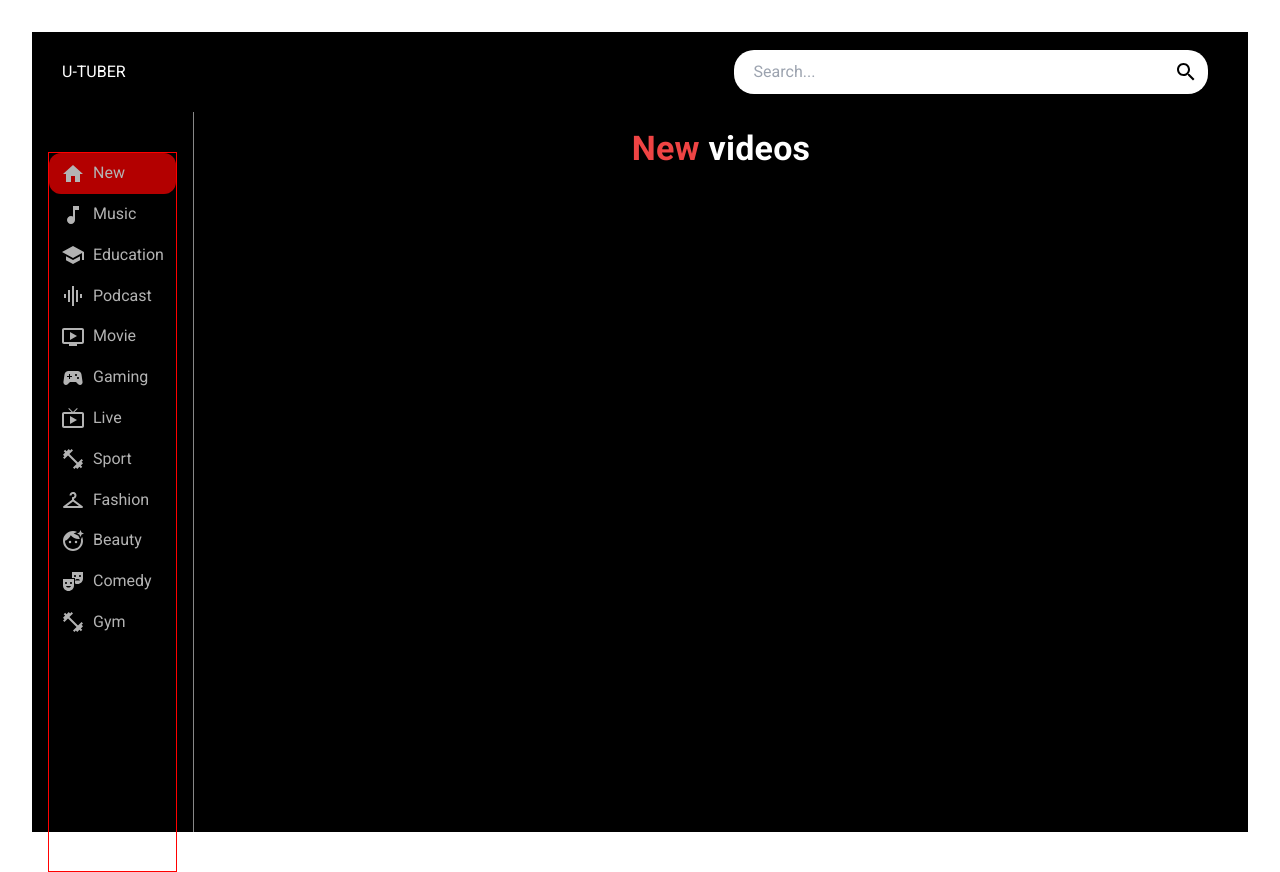
Repository: Nurlan-Bakenbaev/YoutubeClone
Page: /
These files come from the project's save history. The page is drawn as it stood at one moment and after a run of saves; the edit follows.
The browser window is 1280 px wide. The pictures show the whole page.
The page's requests for data from a server got no answer. The project was rebuilt for these pictures with package versions that can differ from the ones it lists, and the page was loaded fresh each time. No one was signed in, and anything a server would have sent is missing. Also part of the build but not shown: vite.config.js, src/components/VideoCard.jsx, src/components/ChannelCard.jsx, src/components/VideoDetails.jsx, src/components/SearchFeed.jsx, src/components/ChannelDetails.jsx.

Above is the page before, as saved 2023-09-08 15:46:32.

### index.html
<!DOCTYPE html>
<html lang="en">
  <head>
    <link
      rel="stylesheet"
      href="https://fonts.googleapis.com/icon?family=Material+Icons"
    />
    <link rel="preconnect" href="https://fonts.googleapis.com" />
    <link rel="preconnect" href="https://fonts.gstatic.com" crossorigin />
    <link
      rel="stylesheet"
      href="https://fonts.googleapis.com/css2?family=Roboto:wght@300;400;500;600;700&display=swap"
    />

    <meta charset="UTF-8" />
    <link rel="icon" type="image/svg+xml" href="/vite.svg" />
    <meta name="viewport" content="width=device-width, initial-scale=1.0" />
    <title>Youtube Clone</title>
  </head>
  <body>
    <div id="root"></div>
    <script type="module" src="/src/main.jsx"></script>
  </body>
</html>

### src/App.jsx
import "./App.css";
import { BrowserRouter, Routes, Route } from "react-router-dom";
import { Box } from "@mui/material";
import Navbar from './components/Navbar'
import Feed from './components/Feed'
import VideoDetails from './components/VideoDetails'
import SearchFeed from './components/SearchFeed'
import ChannelDetails from './components/ChannelDetails'


const App = () => (
  <BrowserRouter>
    <Box sx={{ backgroundColor: "#000" }}>
      <Navbar/>
      <Routes>
        <Route path="/" element={<Feed />} />
        <Route path="/video/:id" element={<VideoDetails />} />
        <Route path="/channel/:id" element={<ChannelDetails />} />
        <Route path="/search/:searchTerm" element={<SearchFeed />} />
      </Routes>
    </Box>
  </BrowserRouter>
);

export default App;

### src/index.css
@import "tailwindcss/base";
@import "tailwindcss/components";
@import "tailwindcss/utilities";


body {
  font-family: "Roboto", sans-serif;
  margin: 0;
  padding: 0;
  box-sizing: border-box;
}
a{
  color:inherit;
  text-decoration: none;
}

### src/components/Navbar.jsx
import { Stack } from "@mui/material";
import { Link } from "react-router-dom";
import SearchBar from "./SearchBar";

const Navbar = () => {
  return (
    <Stack
      direction="row"
      alignItems="center"
      sx={{
        position: "sticky",
        background: "black",
        top: "0",
        justifyContent: "space-between",
        height: "80px",
        pl:'30px'
      }}
    >
      <Stack
        sx={{
          display: "flex",
          flexDirection: "row",
          alignItems: "center",
        }}
      >
        <Link className="hidden md:block" to={"/"}>
           <h1 className="text-bold text-white">U-TUBER</h1>
        </Link>
      </Stack>
      <SearchBar />
    </Stack>
  );
};

export default Navbar;

### src/components/Feed.jsx
import React, { useState, useEffect } from "react";
import { Box, Stack, Typography } from "@mui/material";
import SideBar from "./SideBar";
import Videos from "./Videos";
import { fetchFromAPI } from "./helpers/fetchFromAPI";

const Feed = () => {
  const [selectedCategory, setSelectedCategory] = useState("New");
  const [videos, setVideous] = useState([]);
  useEffect(() => {
    fetchFromAPI(`search?part=snippet&q=
    ${selectedCategory}`).then((data) => setVideous(data.items));
  }, [selectedCategory]);

  return (
    <Stack
      sx={{
        flexDirection: { sx: "column", md: "row" },
        height: "100%",
      }}
    >
      <Box
        sx={{
          height: { sx: "auto", md: "100" },
          borderRight: "1px solid #878787 ",
          px: { sx: 0, md: 2 },
        }}
      >
        <SideBar
          selectedCategory={selectedCategory}
          setSelectedCategory={setSelectedCategory}
        />
      </Box>
      <Box p={2} sx={{ overflowY: "auto", height: "100vh", flex: 2 }}>
        <Typography
          variant="h4"
          fontWeight="bold"
          mb={2}
          sx={{ color: "white" }}
        >
          <span className="text-red-500">{selectedCategory}</span> videos
          <Videos videos={videos} />
        </Typography>
      </Box>
    </Stack>
  );
};

export default Feed;

### src/components/SearchBar.jsx
import React from "react";
import { useState } from "react";
import { useNavigate } from "react-router-dom";
import { Paper, IconButton } from "@mui/material";
import SearchIcon from "@mui/icons-material/Search";
const SearchBar = () => {
  return (
    <Paper
      component="form"
      onSubmit={() => {}}
      sx={{
        borderRadius: "20px",
        pl: 2,
        boxShadow: "none",
        display: "flex",
        alignItems: "center",
        minWidth:"40%",
        mr: { sm: 5 },
      }}
    >
      <input
        className="flex-1 p-1 outline-none"
        placeholder="Search..."
        type="text"
        onChange={() => {}}/>
      <IconButton type="submit" sx={{ p: "10px", color: "black" }}>
        <SearchIcon />
      </IconButton>
    </Paper>
  );
};

export default SearchBar;

### src/components/SideBar.jsx
import React from "react";
import { Stack } from "@mui/material";
import { categories } from "./helpers/constants";

const SideBar = ({ selectedCategory, setSelectedCategory }) => {
  return (
    <Stack
      direction="row"
      sx={{
        marginTop: { sx: 5, md: 5 },
        overflowY: "",
        overflowX: "auto",
        height: { sx: "auto", md: "100%" },
        flexDirection: { md: "column" },
        border: '1px solid red'
      }}
>
      {categories.map((cat) => (
        <button
          onClick={() => setSelectedCategory(cat.name)}
          key={cat.name}
          style={{ background: cat.name === selectedCategory && "red" }}
          className="
        flex gap-2 items-center
         hover:bg-red-500 text-white
          py-2 px-3 rounded-xl opacity-[0.7] hover:opacity-[1]"
        >
          <span>{cat.icon}</span>
          <span className="hidden md:block">{cat.name}</span>
        </button>
      ))}
    </Stack>
  );
};

export default SideBar;

### src/components/Videos.jsx
import React from "react";
import { Stack, Box } from "@mui/material";
import VideoCard from "./VideoCard";
import ChannelCard from "./ChannelCard";
const Videos = ({ videos }) => {
  return (
    <Stack  direction="row" justifyContent="start"margin='auto' flexWrap="wrap" gap={2}>
      {videos.map((item, idx) => (
        <Box key={idx}>
          {item.id.videoId && <VideoCard video={item} />}
          {item.id.channelId && <ChannelCard channelDetail={item} />}
        </Box>
      ))}
    </Stack>
  );
};

export default Videos;

### src/components/helpers/fetchFromAPI.js
import axios from "axios";


const BASE_URL = "https://youtube-v31.p.rapidapi.com";

const options = {
  params: {

    maxResults: "10",
  },
  headers: {
    "X-RapidAPI-Key": 'dfd9fd22a4msh387268f5a8f5fb7p1284fdjsne6bbd54d9622',
    "X-RapidAPI-Host": "youtube-v31.p.rapidapi.com",
  },
};
export const fetchFromAPI = async (url) => {
  const { data } = await axios.get(`${BASE_URL}/${url}`, options);
  return data;
};

### src/components/helpers/constants.jsx
import MusicNoteIcon from '@mui/icons-material/MusicNote';
import HomeIcon from '@mui/icons-material/Home';
import CodeIcon from '@mui/icons-material/Code';
import OndemandVideoIcon from '@mui/icons-material/OndemandVideo';
import SportsEsportsIcon from '@mui/icons-material/SportsEsports';
import LiveTvIcon from '@mui/icons-material/LiveTv';
import SchoolIcon from '@mui/icons-material/School';
import FaceRetouchingNaturalIcon from '@mui/icons-material/FaceRetouchingNatural';
import CheckroomIcon from '@mui/icons-material/Checkroom';
import GraphicEqIcon from '@mui/icons-material/GraphicEq';
import TheaterComedyIcon from '@mui/icons-material/TheaterComedy';
import FitnessCenterIcon from '@mui/icons-material/FitnessCenter';
import DeveloperModeIcon from '@mui/icons-material/DeveloperMode';


export const categories = [
  { name: 'New', icon: <HomeIcon />, },
  { name: 'Music', icon: <MusicNoteIcon /> },
  { name: 'Education', icon: <SchoolIcon />, },
  { name: 'Podcast', icon: <GraphicEqIcon />, },
  { name: 'Movie', icon: <OndemandVideoIcon />, },
  { name: 'Gaming', icon: <SportsEsportsIcon />, },
  { name: 'Live', icon: <LiveTvIcon />, },
  { name: 'Sport', icon: <FitnessCenterIcon />, },
  { name: 'Fashion', icon: <CheckroomIcon />, },
  { name: 'Beauty', icon: <FaceRetouchingNaturalIcon />, },
  { name: 'Comedy', icon: <TheaterComedyIcon />, },
  { name: 'Gym', icon: <FitnessCenterIcon />, },
];

export const demoThumbnailUrl = 'https://i.ibb.co/G2L2Gwp/API-Course.png';
export const demoChannelUrl = '/channel/UCmXmlB4-HJytD7wek0Uo97A';
export const demoVideoUrl = '/video/GDa8kZLNhJ4';
export const demoChannelTitle = 'JavaScript Mastery';
export const demoVideoTitle = 'Build and Deploy 5 JavaScript & React API Projects in 10 Hours - Full Course | RapidAPI';
export const demoProfilePicture = 'http://dergipark.org.tr/assets/app/images/buddy_sample.png'

Loaded but not shown: src/main.jsx (common file); src/App.css (common file); tailwind.config.js (common file)

After the next 4 saves:
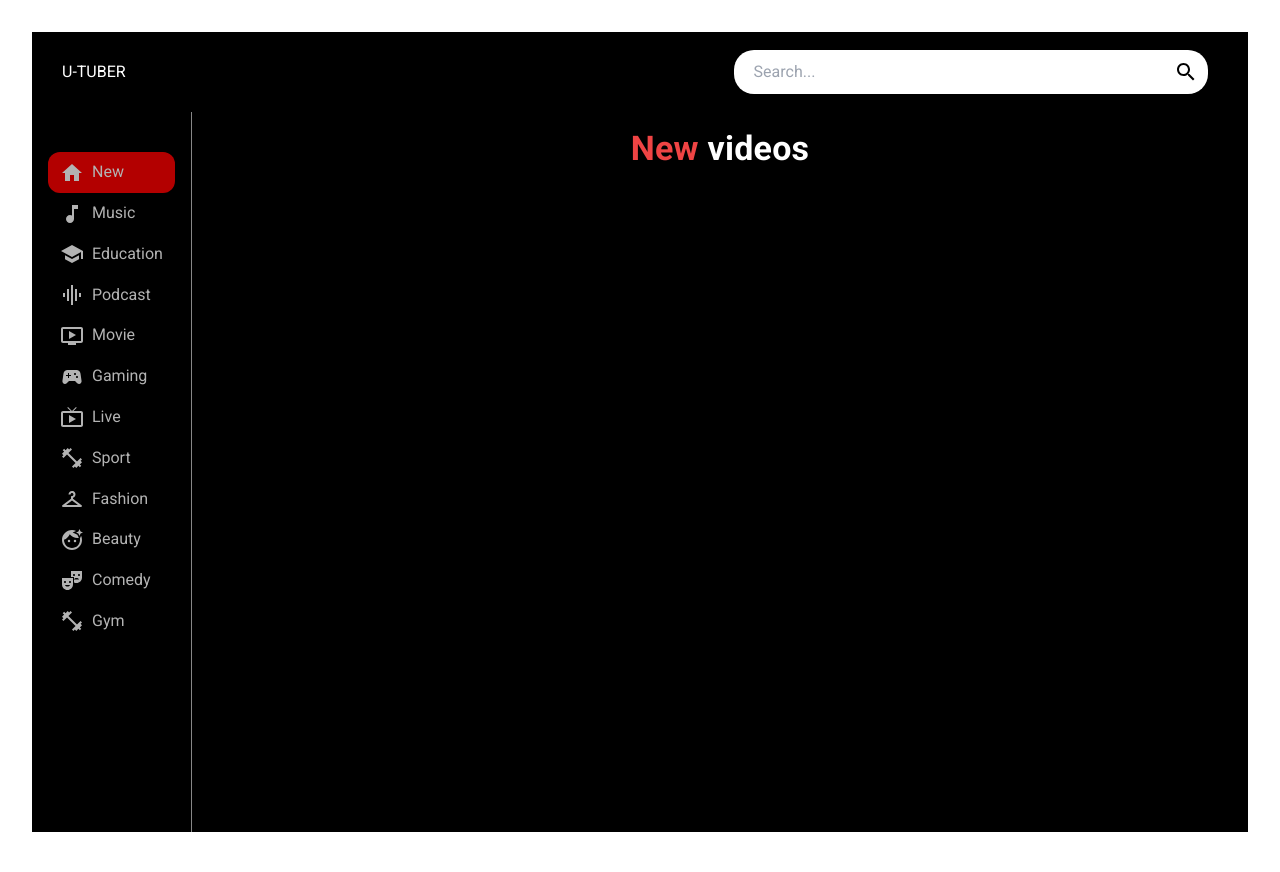
The 4 saves are shown as one change because they came seconds apart.
The last was saved 15 s later.
--- a/src/components/SideBar.jsx
+++ b/src/components/SideBar.jsx
@@ -12,9 +12,7 @@ const SideBar = ({ selectedCategory, setSelectedCategory }) => {
         overflowX: "auto",
         height: { sx: "auto", md: "100%" },
         flexDirection: { md: "column" },
-        border: '1px solid red'
-      }}
->
+      }}>
       {categories.map((cat) => (
         <button
           onClick={() => setSelectedCategory(cat.name)}
